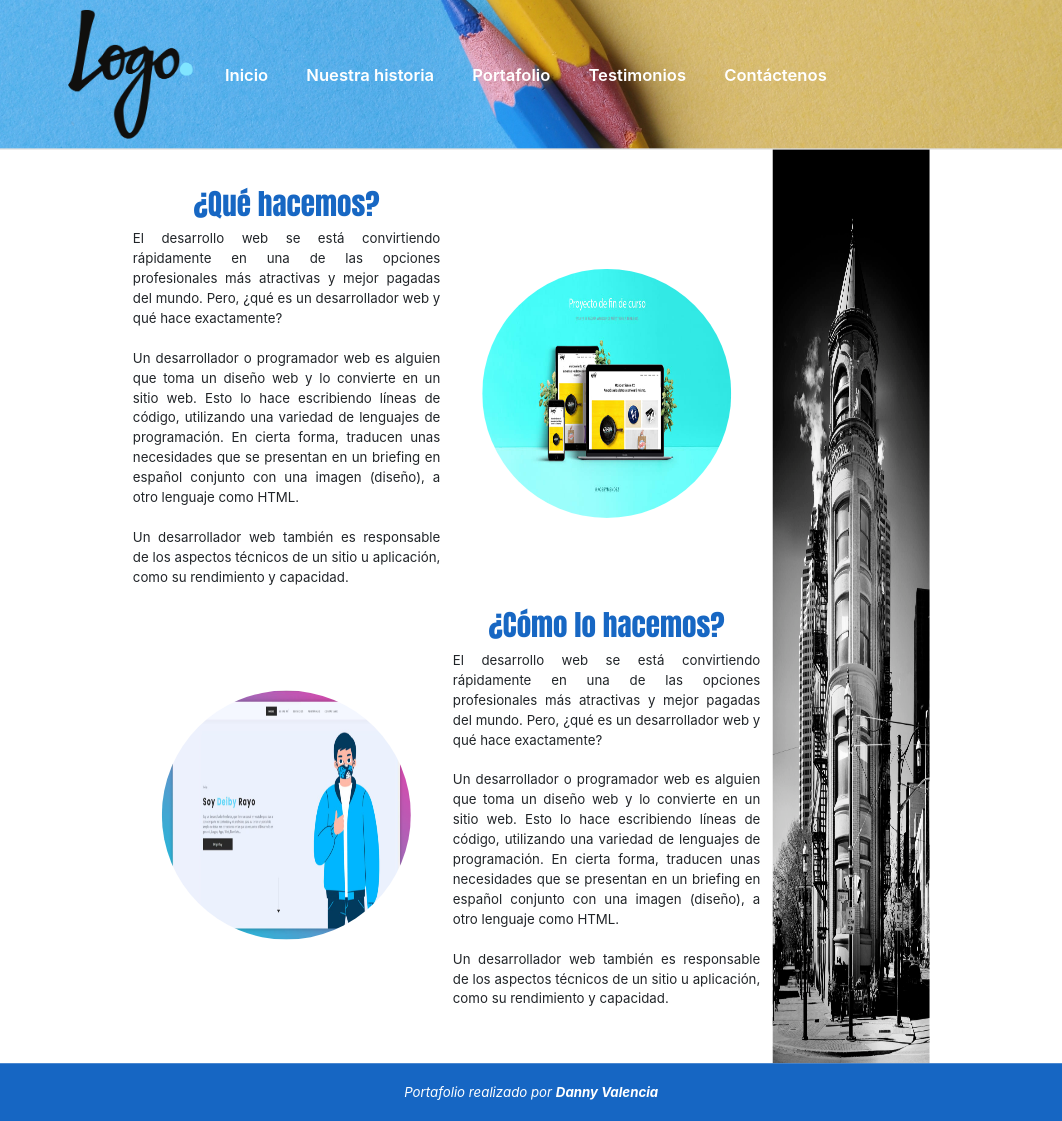
Repository: Dannyval1/Html-portafolio
Page: index.html
These files come from the project's save history. The page is drawn as it stood at one moment and after the next save; the edit follows.
The browser window is 1280 px wide. The pictures show the whole page, at 83% of full size.

Above is the page before, as saved 2022-02-13 18:41:22.

After the next save:
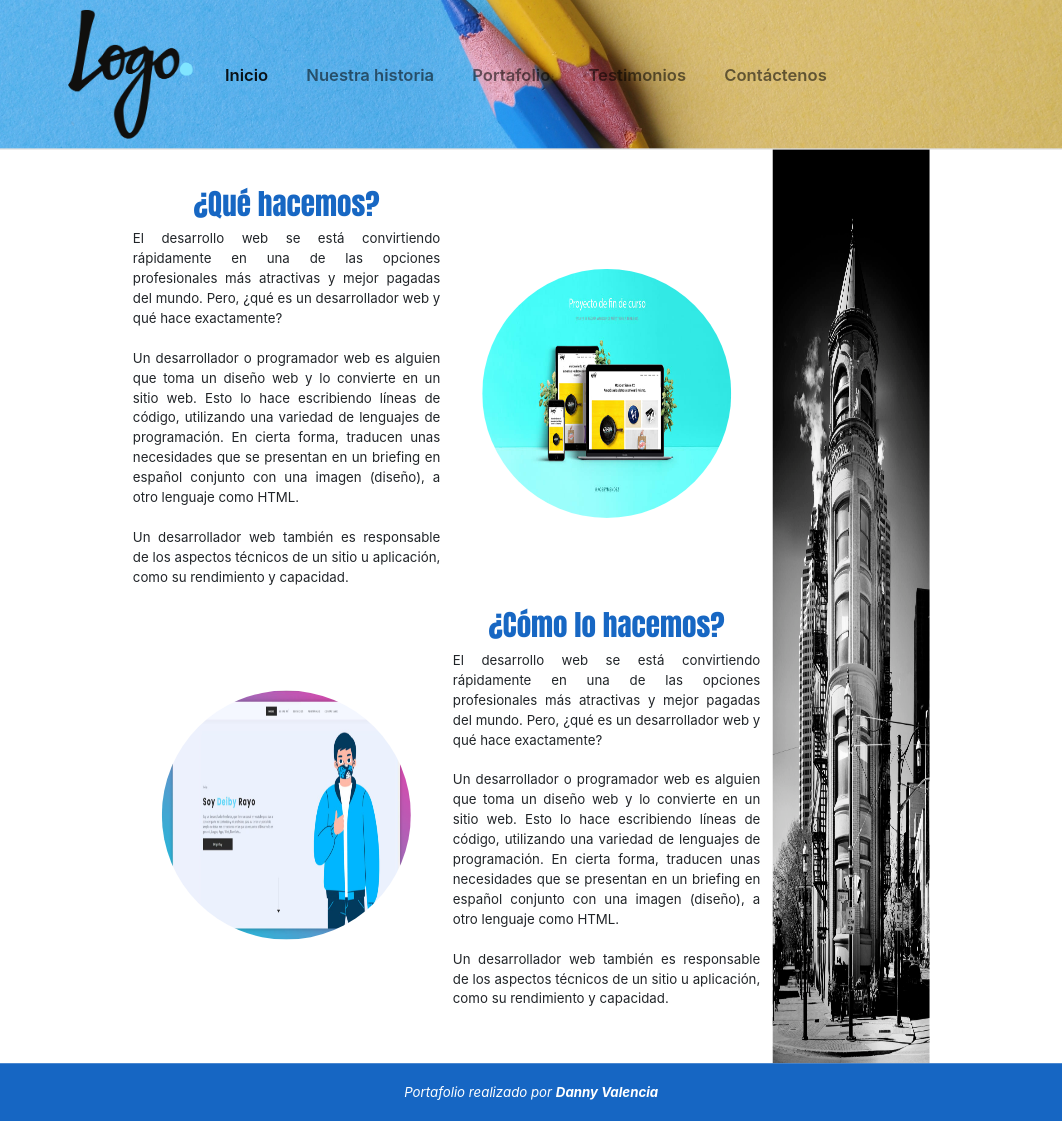
Saved 70 s later.
--- a/index.html
+++ b/index.html
@@ -19,7 +19,7 @@
     ></script>
   </head>
   <body>
-    <nav class="navbar navbar-expand-lg" id="header-two">
+    <nav class="navbar navbar-expand-lg navbar-light" id="header-two">
       <div class="container">
         <a class="navbar-brand" href="#">
           <img
